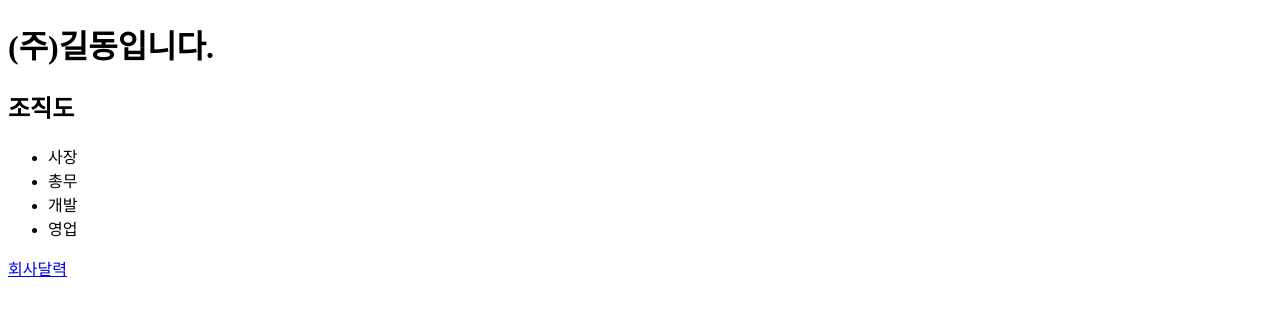
Repository: ybshim90/sesac1
Page: day_20211217_01_web/src/main/webapp/intro.html
These files come from the project's save history. The page is drawn as it stood at one moment and after the next save; the edit follows.
The browser window is 1280 px wide. The pictures show the whole page.

Above is the page before, as saved 2021-12-17 02:47:24.

### day_20211217_01_web/src/main/webapp/intro.html
<!DOCTYPE html>
<html>
	<head>
		<meta charset="UTF-8">
		<title>(주)길동 소개페이지</title>
	</head>
	<body>
		<h1>(주)길동입니다.</h1>

		<h2>조직도</h2>
		<ul>
			<li>사장</li>
			<li>총무</li>
			<li>개발</li>
			<li>영업</li>
		</ul>
		<a href="calendar.html">회사달력</a>

	</body>
</html>

After the next save:
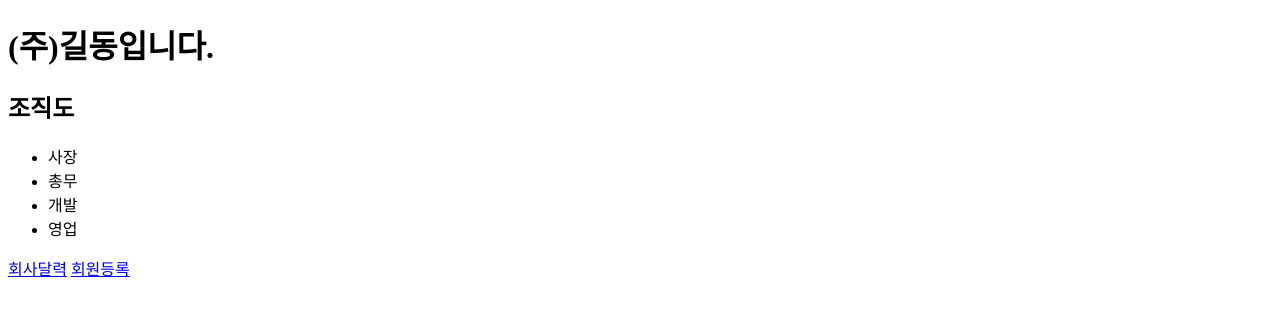
Saved 16 min 36 s later.
--- a/day_20211217_01_web/src/main/webapp/intro.html
+++ b/day_20211217_01_web/src/main/webapp/intro.html
@@ -15,6 +15,6 @@
 			<li>영업</li>
 		</ul>
 		<a href="calendar.html">회사달력</a>
-
+		<a href="regist.html">회원등록</a>
 	</body>
 </html>
